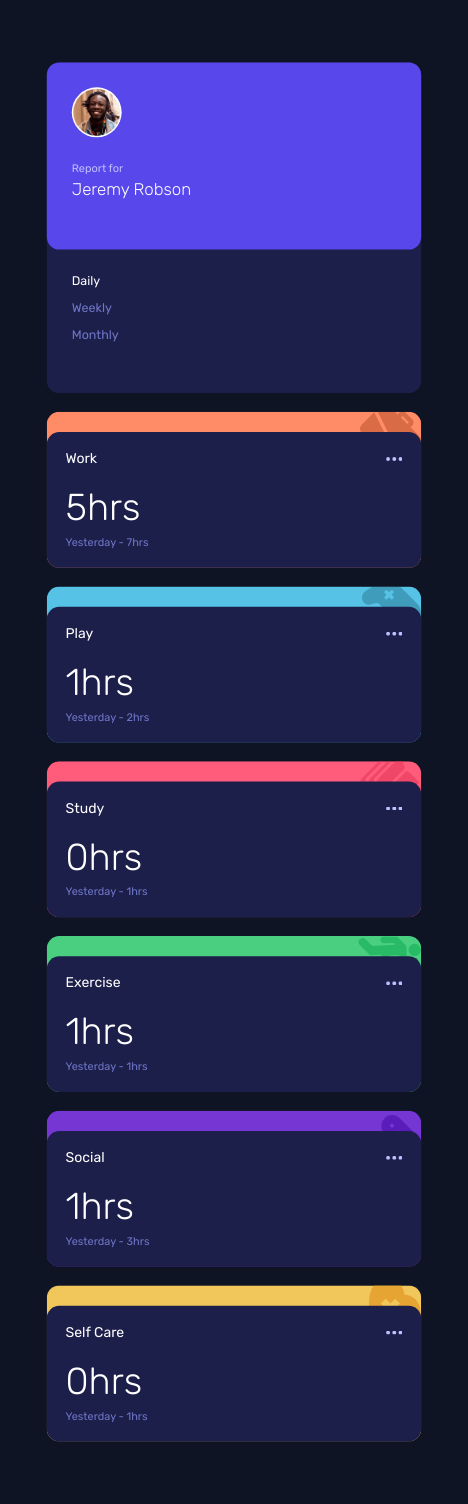
Repository: Jay-JYKim91/FM_time-tracking-dashboard
Page: index.html
An editor plug-in stored every save of this project. The page is shown before and after a run of saves, followed by the edit.
The browser window is 600 px wide. The pictures show the whole page, at 78% of full size.

Above is the page before, as saved 2021-12-19 22:54:16.

After the next 2 saves:
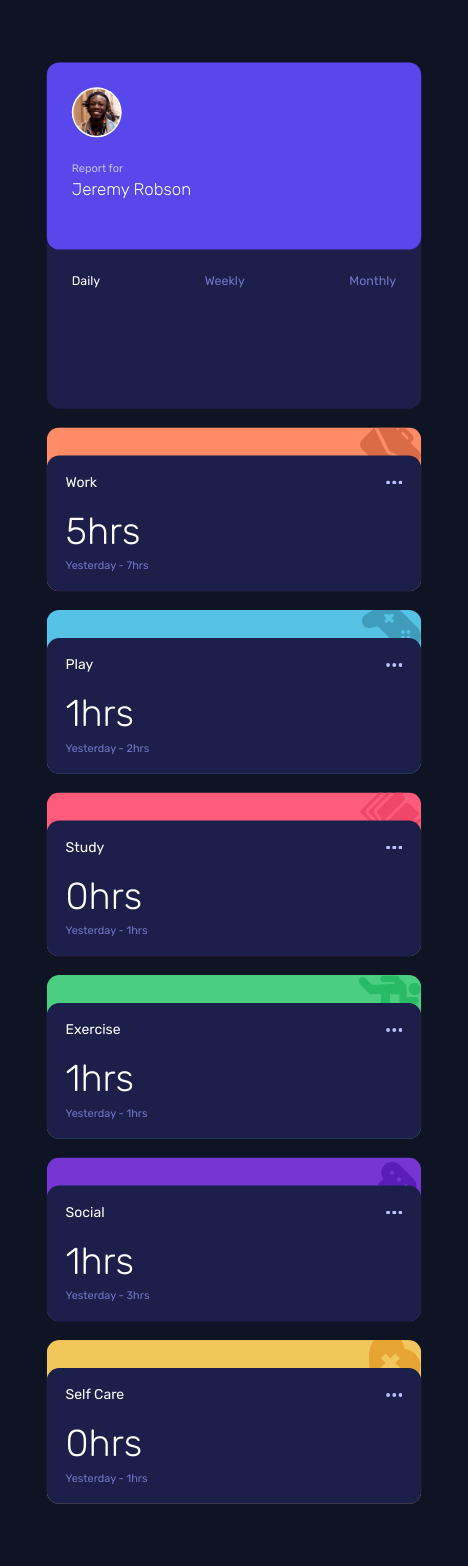
The 2 saves are shown as one change because they came seconds apart.
The last was saved 19 s later.
--- a/style.css
+++ b/style.css
@@ -193,11 +193,11 @@ p {
     /* margin-bottom: 0; */
     font-size: 1.35rem;
   }
-  /* .option {
+  .option {
     display: flex;
     justify-content: space-between;
-  } */
+  }
   .feature-card {
-    height: 200px;
-  }
-}
+    height: 210px;
+  }
+}
